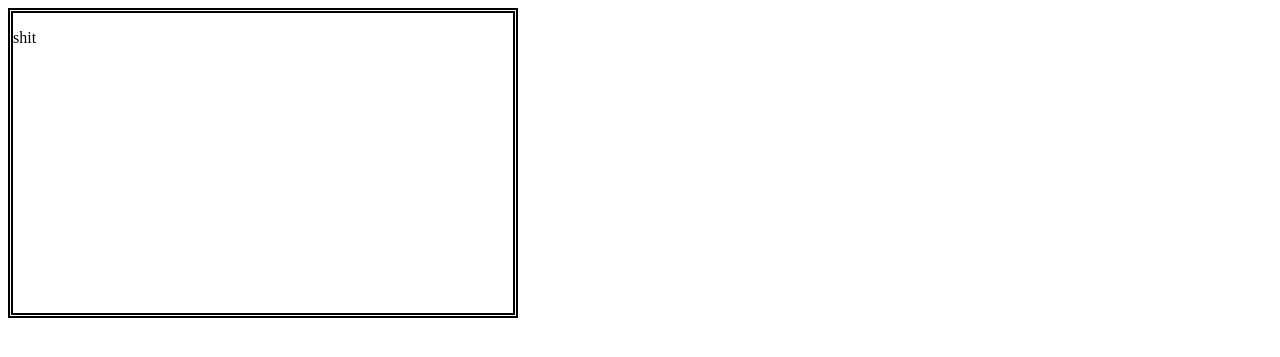
Repository: TheBestBadGuy0228/code
Page: 盒子模型之边框.html
The author's editor kept a copy of each file at every save. The page is drawn from the files as they stood at one save, then again after the next save.
The browser window is 1280 px wide. The pictures show the whole page.

Above is the page before, as saved 2021-11-22 17:04:45.

After the next save:
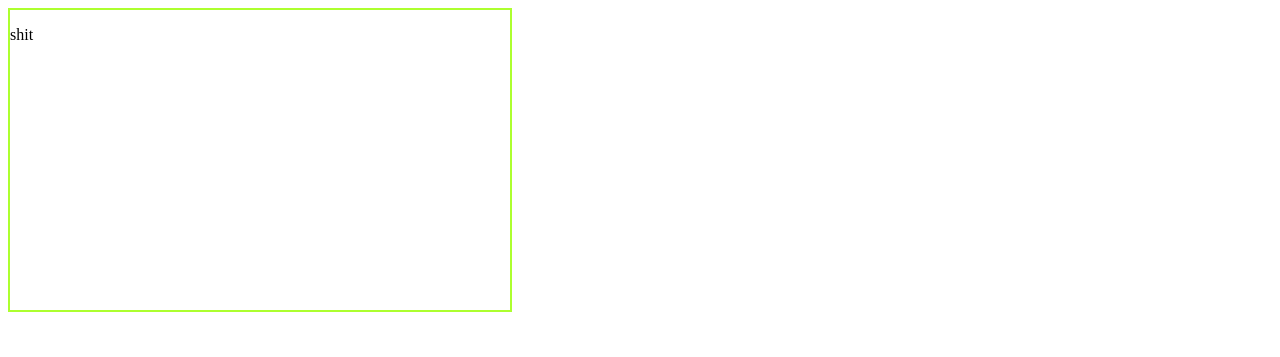
Saved 5 min 0 s later.
--- a/盒子模型之边框.html
+++ b/盒子模型之边框.html
@@ -15,9 +15,10 @@
         div {
             width: 500px;
             height: 300px;
-            border-width: 5px;
+            /* border-width: 5px;
             border-color: black;
-            border-style: double;
+            border-style: double; */
+            border: 2px solid greenyellow;
         }
     </style>
 </head>
